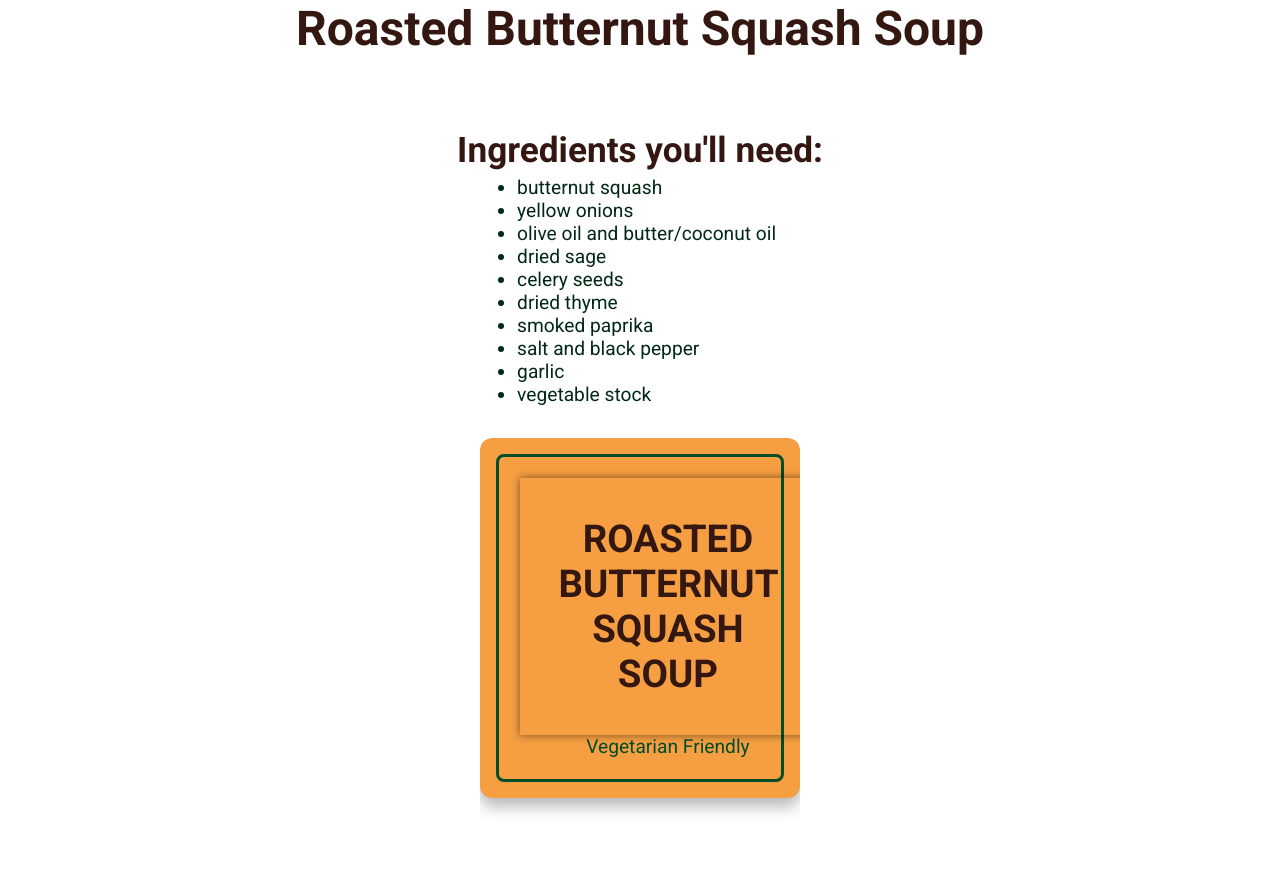
Repository: IDMX225/css-card-flip-LyssaMA
Page: src/index.html
The author's editor kept a copy of each file at every save. The page is drawn from the files as they stood at one save, then again after the next save.
The browser window is 1280 px wide. The pictures show the whole page.
The style sheet was rebuilt from its Sass, Less or Tailwind sources for each picture, by a compiler version that may differ from the author's.

Above is the page before, as saved 2024-11-12 20:34:34.
Not found: src/js/index.js

### src/index.html
<!DOCTYPE html>
<html lang="en">

<head>
  <meta charset="UTF-8">
  <meta name="viewport" content="width=device-width, initial-scale=1.0">
  <meta name="description" content="A modern CSS page">
  <meta name="generator" content="Eleventy v1.2">
  <title>Recipe</title>
  <link rel="shortcut icon" href="images/squash.png" type="image/png">
  <link rel="stylesheet" href="css/main.css">
</head>

<body>
  <!-- Title above the card -->
  <div class="title-above-card">Roasted Butternut Squash Soup</div>

  <!-- Ingredients Section -->
  <div class="ingredients">
    <div class="ingredients-heading">Ingredients you'll need:</div>
    <ul class="ingredients-list">
      <li>butternut squash</li>
      <li>yellow onions</li>
      <li>olive oil and butter/coconut oil</li>
      <li>dried sage</li>
      <li>celery seeds</li>
      <li>dried thyme</li>
      <li>smoked paprika</li>
      <li>salt and black pepper</li>
      <li>garlic</li>
      <li>vegetable stock</li>
    </ul>
  </div>

  <!-- The Card with the Recipe Title inside -->
  <div class="card">
    <div class="card__content">
      <div class="card__front">
        <h3 class="card__title">Roasted Butternut Squash Soup</h3>
        <p class="card__subtitle">Vegetarian Friendly</p>
      </div>

      <div class="card__back">
        <p class="card__body">To roast the squash, simply place the seasoned squash onto two large baking sheets lined
          with aluminum foil for easy cleanup. Roast in the oven for 45 minutes at 400°F.
          There's no need to flip over the squash halfway through roasting. Just let it go for 45 minutes and that's it!
          Enjoy!</p>
      </div>
    </div>
  </div>

  <script src="js/index.js"></script>
</body>

</html>

### src/sass/main.scss
/* Import Google Fonts */
@import url('https://fonts.googleapis.com/css2?family=Roboto:wght@400;700&display=swap');

:root {
  --level-three: translateZ(9rem);
  --fw-normal: 400;
  --fw-bold: 700;
  --clr: #f59e42; /* Squash Soup Orange */
  --clr-dark: #331710; /* Dark brown for the card back */
  --font-family: 'Roboto', sans-serif;
}

*,
*::before,
*::after {
  box-sizing: border-box; /* Ensure padding and border are included in width/height */
  margin: 0;
}

body {
  font-family: var(--font-family);
  height: 100vh;
  display: grid;
  place-items: center;
}

/* Title Above the Card */
.title-above-card {
  font-family: var(--font-family);
  font-size: 3rem; /* Larger size for the title */
  font-weight: var(--fw-bold);
  text-align: center;
  margin-bottom: 1.5em; /* Space between title and ingredients */
  color: #331710; /* Dark color for the title */
}

/* Ingredients Section */
.ingredients {
  text-align: center;
  margin-bottom: 2em; /* Space between ingredients and card */
}

.ingredients-heading {
  font-family: var(--font-family);
  font-size: 2.2rem; /* Larger size for "Ingredients you'll need:" */
  font-weight: var(--fw-bold);
  color: #331710; /* Dark color */
  margin-bottom: 5px; /* Adds space between the heading and the ingredient list */
}

.ingredients-list {
  text-align: left;
  font-family: var(--font-family);
  font-size: 1.2rem; /* Regular size for the list items */
  color: #022915; /* Dark green color */
  list-style-type: disc; /* Use bullet points for the list */
  margin-left: 20px; /* Indentation for the list items */
}

/* Card Container */
.card {
  width: 320px;  /* Increased size to make the card larger */
  height: 450px; /* Increased height for better proportions */
  perspective: 1000px;
  border-radius: 12px; /* Slightly rounder corners for better effect */
  overflow: hidden;
  padding-bottom: 2em; /* Add padding under the card */
}

/* Card Content */
.card__content {
  position: relative;
  width: 100%;
  height: 100%;
  transform-style: preserve-3d;
  transition: transform 0.6s;
}

.card:hover .card__content {
  transform: rotateY(180deg);
}

.card__front,
.card__back {
  position: absolute;
  top: 0;
  left: 0;
  right: 0;
  bottom: 0;
  backface-visibility: hidden;
  display: grid;
  justify-items: center;
  align-items: center;
  border-radius: 12px;  /* Ensure the corners of both front and back are rounded */
}

/* Front of the Card */
.card__front {
  background-color: var(--clr);
  color: #034d28; /* Dark green text for contrast */
  padding: 2.5em;  /* Adjust padding to allow more space inside */
  border-radius: 12px; /* Match the card's rounded corners */
  box-shadow: 0 8px 16px rgba(0, 0, 0, 0.3); /* Add shadow to front for depth */
  position: relative;
  box-sizing: border-box; /* Ensure padding and borders are included in width/height */
}

/* Adding the border effect with rounded corners */
.card__front::before {
  content: '';
  position: absolute; /* Change to absolute to position inside the card */
  top: 1em;
  bottom: 1em;
  left: 1em;
  right: 1em;
  border: 3px solid currentColor;
  border-radius: 8px; /* Rounded corners on the border */
  pointer-events: none; /* Prevent interaction with the border */
}

/* Title on Card Front */
.card__title {
  font-family: var(--font-family);
  font-size: 2.4rem; /* Slightly larger title size */
  font-weight: var(--fw-bold);
  text-transform: uppercase;
  color: #331710;
  box-shadow: 0 0 8px rgba(0, 0, 0, 0.5); /* Enhanced shadow around title */
  padding: 1em; /* Even padding inside the box for space from the border */
  text-align: center;
  position: relative; /* Ensure the title is properly positioned */
  z-index: 1;  /* Ensure the title is on top of the border */
  margin: 0;  /* Ensure no extra space around the title */
}

/* Subtitle on Card */
.card__subtitle {
  font-family: var(--font-family);
  font-size: 1.2rem;
  font-weight: var(--fw-normal);
}

/* Back of the Card */
.card__back {
  background: var(--clr-dark);
  color: #f7d07d;
  transform: rotateY(180deg);
  border-radius: 12px; /* Ensure the back matches the card's rounded corners */
  padding: 2.5em; /* Add padding to the back */
  box-sizing: border-box; /* Include padding in the overall size */
}

.card__body {
  font-family: var(--font-family);
  font-size: 1rem;
  line-height: 1.5;
  text-align: center;
}

After the next save:
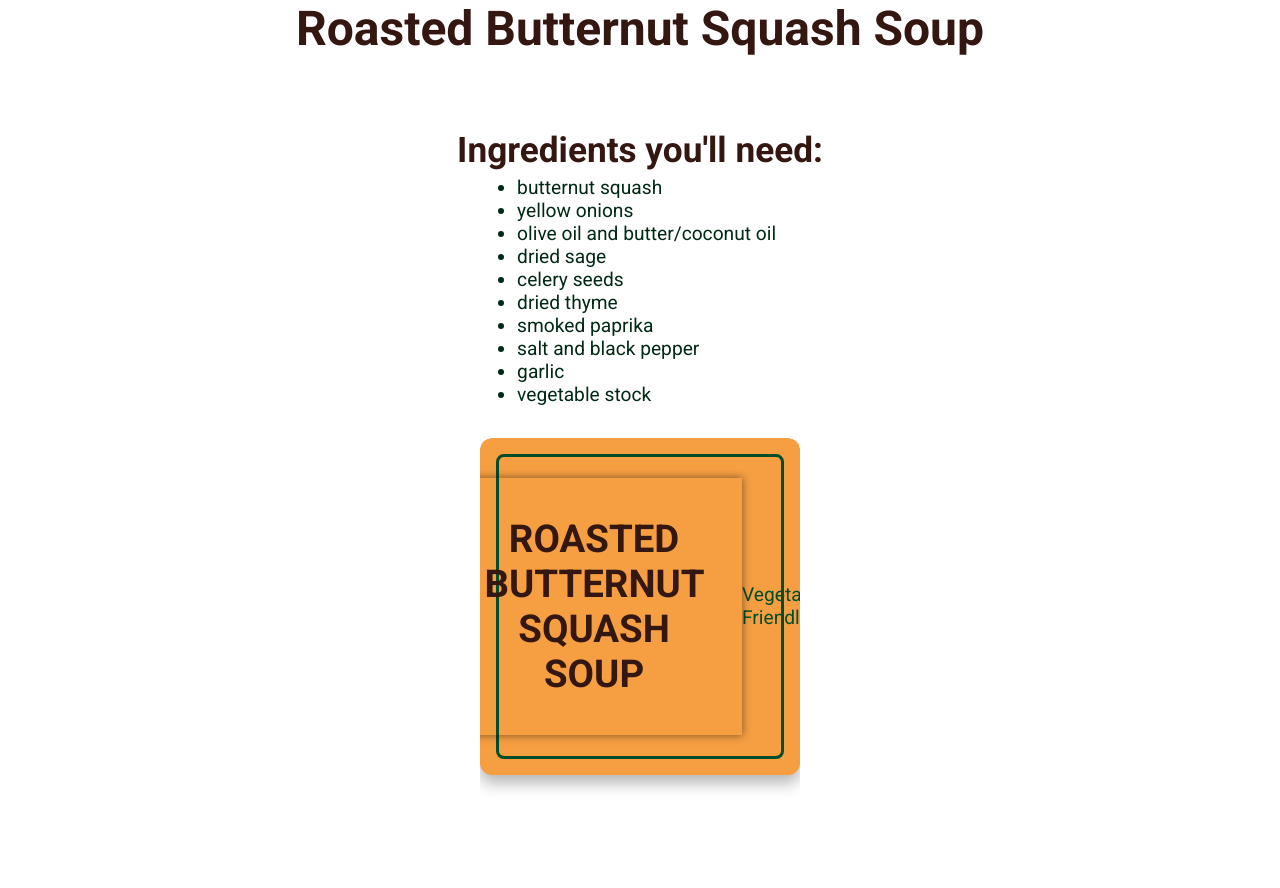
Saved 3 min 1 s later.
--- a/src/sass/main.scss
+++ b/src/sass/main.scss
@@ -65,6 +65,8 @@ body {
   border-radius: 12px; /* Slightly rounder corners for better effect */
   overflow: hidden;
   padding-bottom: 2em; /* Add padding under the card */
+  display: flex; /* To center content vertically and horizontally */
+  flex-direction: column; /* Keep it column-based layout */
 }
 
 /* Card Content */
@@ -92,17 +94,21 @@ body {
   justify-items: center;
   align-items: center;
   border-radius: 12px;  /* Ensure the corners of both front and back are rounded */
+  box-sizing: border-box; /* Make sure padding doesn't affect height */
 }
 
 /* Front of the Card */
 .card__front {
   background-color: var(--clr);
   color: #034d28; /* Dark green text for contrast */
-  padding: 2.5em;  /* Adjust padding to allow more space inside */
+  padding: 2.5em 1.5em;  /* Adjust padding to allow more space inside */
   border-radius: 12px; /* Match the card's rounded corners */
   box-shadow: 0 8px 16px rgba(0, 0, 0, 0.3); /* Add shadow to front for depth */
   position: relative;
-  box-sizing: border-box; /* Ensure padding and borders are included in width/height */
+  box-sizing: border-box; /* Include padding inside the width/height calculation */
+  display: flex;
+  justify-content: center; /* Horizontally center content */
+  align-items: center; /* Vertically center content */
 }
 
 /* Adding the border effect with rounded corners */
